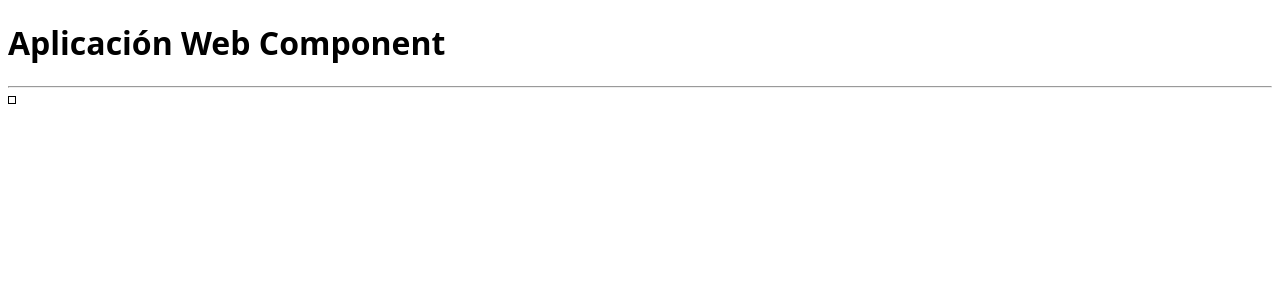
Repository: maxTech2019/Lab-react-C12024
Page: /
An editor plug-in stored every save of this project. The page is shown before and after the next save, followed by the edit.
The browser window is 1280 px wide. The pictures show the whole page.
The page's requests for data from a server got no answer. The project was rebuilt for these pictures with package versions that can differ from the ones it lists, and the page was loaded fresh each time. No one was signed in, and anything a server would have sent is missing. Also part of the build but not shown: vite.config.js, src/custom_hooks/useContador.js, src/component/ContadoruseEffect.jsx.

Above is the page before, as saved 2024-06-06 10:58:25.

After the next save:
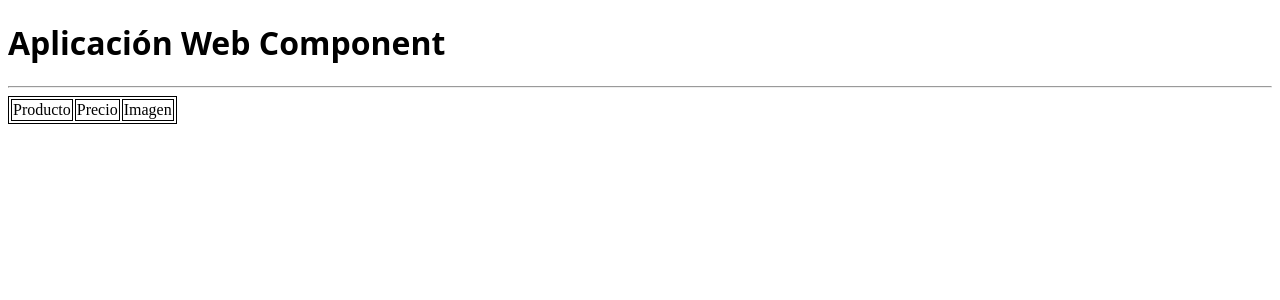
Saved 5 s later.
--- a/src/component/Productos.jsx
+++ b/src/component/Productos.jsx
@@ -14,7 +14,7 @@ export const Productos = () => {
         <div>
             <table>
                <thead>
-                <th></th>
+               <tr><td>Producto</td><td>Precio</td><td>Imagen</td></tr>
                </thead>
                 {
                     productos.map(({id, title, price, image}) => (
